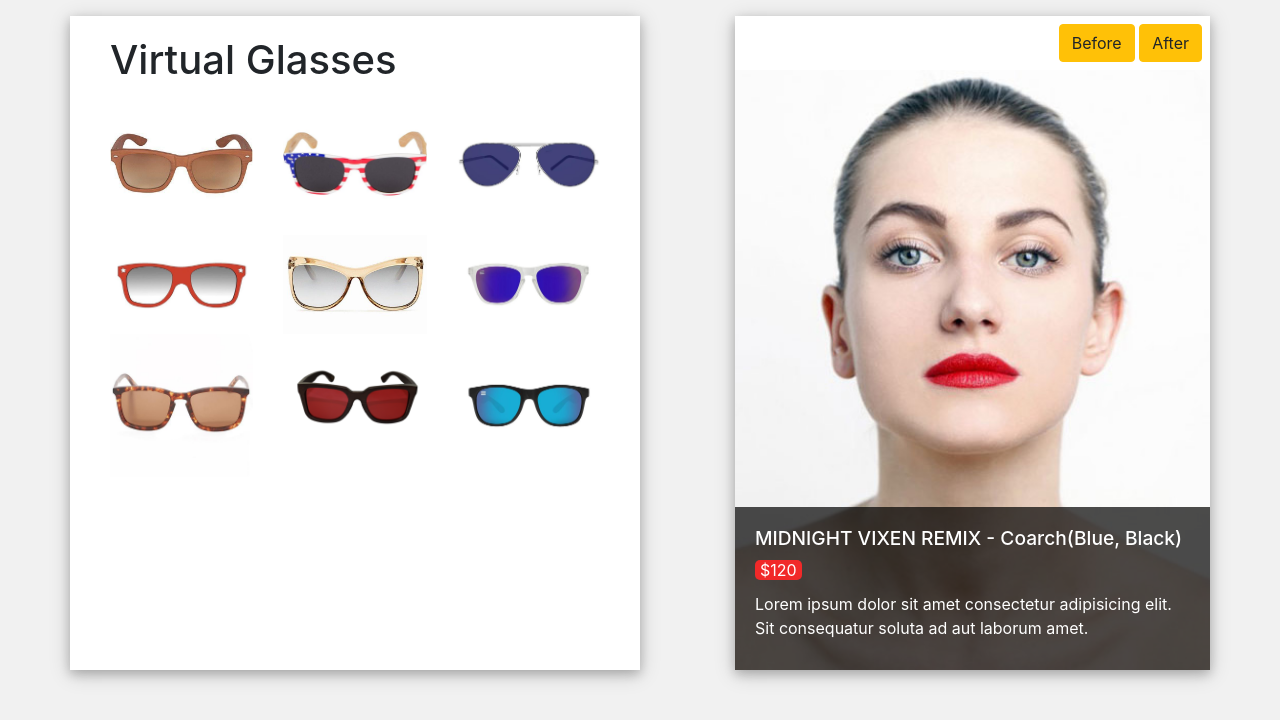
Repository: Khoi300399/BC35E_ES6_B2_MaThanhKhoi
Page: index.html
An editor plug-in stored every save of this project. The page is shown before and after the next save, followed by the edit.
The browser window is 1280 px wide. The pictures show the whole page.

Above is the page before, as saved 2022-10-23 21:28:57.
Console error (its wording comes from the project's code and is left out).

### index.html
<!DOCTYPE html>
<html lang="en">
  <head>
    <title>Virtual Glasses</title>
    <!-- Required meta tags -->
    <meta charset="utf-8" />
    <meta
      name="viewport"
      content="width=device-width, initial-scale=1, shrink-to-fit=no"
    />

    <!-- Bootstrap CSS -->
    <link
      rel="stylesheet"
      href="https://stackpath.bootstrapcdn.com/bootstrap/4.3.1/css/bootstrap.min.css"
      integrity="sha384-ggOyR0iXCbMQv3Xipma34MD+dH/1fQ784/j6cY/iJTQUOhcWr7x9JvoRxT2MZw1T"
      crossorigin="anonymous"
    />

    <!-- Main CSS -->
    <link rel="stylesheet" href="./css/index.css" />
  </head>

  <body>
    <div class="container vglasses py-3">
      <div class="row justify-content-between">
        <div class="col-6 vglasses__left">
          <div class="row">
            <div class="col-12">
              <h1 class="mb-2">Virtual Glasses</h1>
            </div>
          </div>
          <div class="row" id="vglassesList"></div>
        </div>
        <div class="col-5 vglasses__right p-0">
          <div class="vglasses__card">
            <div class="mb-2 text-right mt-2 mr-2">
              <button
                id="btn1"
                class="btn btn-warning"
                onclick="removeGlasses(false)"
              >
                Before
              </button>
              <button
                id="btn2"
                class="btn btn-warning"
                onclick="removeGlasses(true)"
              >
                After
              </button>
            </div>
            <div class="vglasses__model" id="avatar"></div>
            <div id="glassesInfo" class="vglasses__info">
              <h3>MIDNIGHT VIXEN REMIX - Coarch(Blue, Black)</h3>
              <span>$120</span>
              <p>
                Lorem ipsum dolor sit amet consectetur adipisicing elit. Sit
                consequatur soluta ad aut laborum amet.
              </p>
            </div>
          </div>
        </div>
      </div>
    </div>

    <!-- Optional JavaScript -->
    <!-- jQuery first, then Popper.js, then Bootstrap JS -->
    <script
      src="https://code.jquery.com/jquery-3.4.1.js"
      integrity="sha256-WpOohJOqMqqyKL9FccASB9O0KwACQJpFTUBLTYOVvVU="
      crossorigin="anonymous"
    ></script>
    <!-- <script src="https://code.jquery.com/jquery-3.3.1.slim.min.js" integrity="sha384-q8i/X+965DzO0rT7abK41JStQIAqVgRVzpbzo5smXKp4YfRvH+8abtTE1Pi6jizo" crossorigin="anonymous"></script> -->
    <script
      src="https://cdnjs.cloudflare.com/ajax/libs/popper.js/1.14.7/umd/popper.min.js"
      integrity="sha384-UO2eT0CpHqdSJQ6hJty5KVphtPhzWj9WO1clHTMGa3JDZwrnQq4sF86dIHNDz0W1"
      crossorigin="anonymous"
    ></script>
    <script
      src="https://stackpath.bootstrapcdn.com/bootstrap/4.3.1/js/bootstrap.min.js"
      integrity="sha384-JjSmVgyd0p3pXB1rRibZUAYoIIy6OrQ6VrjIEaFf/nJGzIxFDsf4x0xIM+B07jRM"
      crossorigin="anonymous"
    ></script>

    <!-- MAIN JS -->
    <script type="module" src="./js/main.js"></script>
  </body>
</html>

### css/index.css
/* GLOBAL */
* {
  box-sizing: border-box;
}
body {
  background: #f1f1f1;
}

/* MAIN CSS */
.vglasses__left {
  background-color: white;
  padding: 20px 40px;
  box-shadow: 0 4px 10px 0 rgba(0, 0, 0, 0.2), 0 4px 20px 0 rgba(0, 0, 0, 0.19);
}
.vglasses__left .col-4 {
  align-self: center;
}
.vglasses__items {
  width: 50px;
  height: 50px;
}

.vglasses__left img {
  cursor: pointer;
  width: 100%;
  height: 100%;
}

.vglasses__right {
  box-shadow: 0 4px 10px 0 rgba(0, 0, 0, 0.2), 0 4px 20px 0 rgba(0, 0, 0, 0.19);
}

.vglasses__model {
  background-image: url("../img/model.jpg");
  background-position: center top;
  background-size: cover;
  height: 600px;
}

.vglasses__model img {
  position: absolute;
  top: 32%;
  left: 25%;
  width: 238px;
  height: 85px;
  opacity: 0.9;
}

.vglasses__card {
  position: relative;
  overflow: hidden;
  background-color: white;
}

.vglasses__info {
  position: absolute;
  bottom: 0;
  left: 0;
  background-color: rgba(0, 0, 0, 0.7);
  width: 100%;
  color: white;
  padding: 20px;
}

.vglasses__info h3 {
  font-size: 1.2rem;
}

.vglasses__info span {
  border-radius: 5px;
  padding: 0 5px;
  background-color: rgb(241, 41, 41);
}

.vglasses__info p {
  margin: 10px 0;
}

#glasses {
  transition: all 0.5s;
}

### js/main.js
let dataGlasses = [
  {
    id: "G1",
    src: "./img/g1.jpg",
    virtualImg: "./img/v1.png",
    brand: "Armani Exchange",
    name: "Bamboo wood",
    color: "Brown",
    price: 150,
    description:
      "Lorem ipsum dolor sit amet consectetur adipisicing elit. Nobis ea voluptates officiis? ",
  },
  {
    id: "G2",
    src: "./img/g2.jpg",
    virtualImg: "./img/v2.png",
    brand: "Arnette",
    name: "American flag",
    color: "American flag",
    price: 150,
    description:
      "Lorem ipsum dolor, sit amet consectetur adipisicing elit. In assumenda earum eaque doloremque, tempore distinctio.",
  },
  {
    id: "G3",
    src: "./img/g3.jpg",
    virtualImg: "./img/v3.png",
    brand: "Burberry",
    name: "Belt of Hippolyte",
    color: "Blue",
    price: 100,
    description: "Lorem ipsum dolor, sit amet consectetur adipisicing elit.",
  },
  {
    id: "G4",
    src: "./img/g4.jpg",
    virtualImg: "./img/v4.png",
    brand: "Coarch",
    name: "Cretan Bull",
    color: "Red",
    price: 100,
    description: "In assumenda earum eaque doloremque, tempore distinctio.",
  },
  {
    id: "G5",
    src: "./img/g5.jpg",
    virtualImg: "./img/v5.png",
    brand: "D&G",
    name: "JOYRIDE",
    color: "Gold",
    price: 180,
    description:
      "Lorem ipsum dolor, sit amet consectetur adipisicing elit. Error odio minima sit labore optio officia?",
  },
  {
    id: "G6",
    src: "./img/g6.jpg",
    virtualImg: "./img/v6.png",
    brand: "Polo",
    name: "NATTY ICE",
    color: "Blue, White",
    price: 120,
    description: "Lorem ipsum dolor, sit amet consectetur adipisicing elit.",
  },
  {
    id: "G7",
    src: "./img/g7.jpg",
    virtualImg: "./img/v7.png",
    brand: "Ralph",
    name: "TORTOISE",
    color: "Black, Yellow",
    price: 120,
    description:
      "Lorem ipsum dolor sit amet consectetur adipisicing elit. Enim sint nobis incidunt non voluptate quibusdam.",
  },
  {
    id: "G8",
    src: "./img/g8.jpg",
    virtualImg: "./img/v8.png",
    brand: "Polo",
    name: "NATTY ICE",
    color: "Red, Black",
    price: 120,
    description:
      "Lorem ipsum dolor sit amet consectetur adipisicing elit. Reprehenderit, unde enim.",
  },
  {
    id: "G9",
    src: "./img/g9.jpg",
    virtualImg: "./img/v9.png",
    brand: "Coarch",
    name: "MIDNIGHT VIXEN REMIX",
    color: "Blue, Black",
    price: 120,
    description:
      "Lorem ipsum dolor sit amet consectetur adipisicing elit. Sit consequatur soluta ad aut laborum amet.",
  },
];

let renderGlassesUI = () => {
  let contentHTMl = ``;
  for (let value of dataGlasses) {
    let str = JSON.stringify(value);

    contentHTMl += `
    <div class="col-4 .vglasses__items">
        <img src="${value.src}" onclick="btnShowGlasses('${str}')"  alt="" />
    </div>
    `;
    console.log("str", str);
  }
  document.querySelector("#vglassesList").innerHTML = contentHTMl;
};

window.btnShowGlasses = (str) => {
  console.log("value", str);
  // let value = JSON.parse(str);
  // let imgGlasses = `
  //   <img src="${value.virtualImg}" alt="" />
  //   `;
  // let contentGlasses = `
  // <h3>${value.name} - ${value.brand}(${value.color})</h3>
  // <span>$${value.price}</span>
  // <p>
  // ${value.description}
  // </p>
  //   `;
  // document.querySelector("#avatar").innerHTML = imgGlasses;
  // document.querySelector("#avatar img").style.opacity = 0.8;

  // document.querySelector("#glassesInfo").innerHTML = contentGlasses;
  // document.querySelector("#glassesInfo").style.display = "block";
};

let removeGlasses = () => {
  document.querySelector("#avatar img").style.opacity = 0;
  document.querySelector("#glassesInfo").style.display = "none";
};

let addGlasses = () => {
  document.querySelector("#avatar img").style.opacity = 0.8;
  document.querySelector("#glassesInfo").style.display = "block";
};

window.onload = () => {
  renderGlassesUI();
};

After the next save:
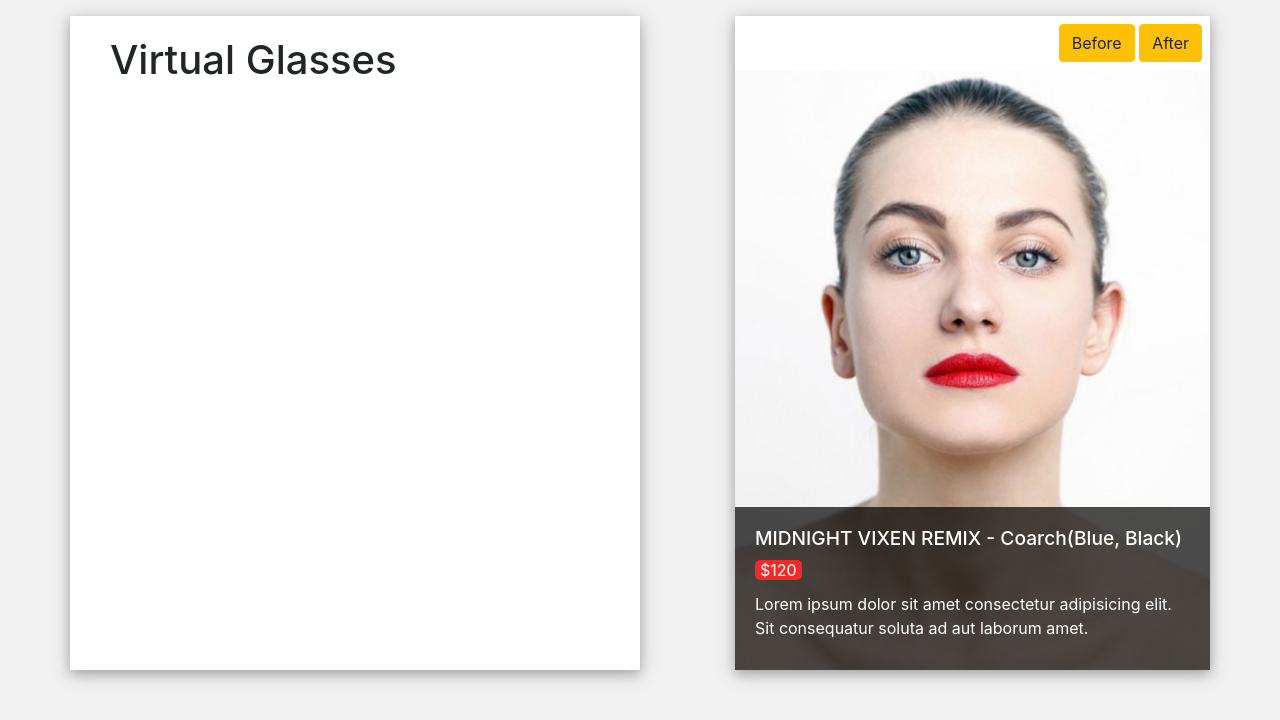
The error is gone.
Saved 18 min 35 s later.
--- a/js/main.js
+++ b/js/main.js
@@ -96,6 +96,15 @@ let dataGlasses = [
       "Lorem ipsum dolor sit amet consectetur adipisicing elit. Sit consequatur soluta ad aut laborum amet.",
   },
 ];
+let renderGlassesList = () => {
+  let contetHTMl = dataGlasses.reduce((content, arr) => {
+    return (content += `
+<div class="col-4 .vglasses__items">
+<img src="${value.src}" onclick="btnShowGlasses('${str}')"  alt="" />
+</div>
+`);
+  }, "");
+};
 
 let renderGlassesUI = () => {
   let contentHTMl = ``;
@@ -103,9 +112,7 @@ let renderGlassesUI = () => {
     let str = JSON.stringify(value);
 
     contentHTMl += `
-    <div class="col-4 .vglasses__items">
-        <img src="${value.src}" onclick="btnShowGlasses('${str}')"  alt="" />
-    </div>
+
     `;
     console.log("str", str);
   }
